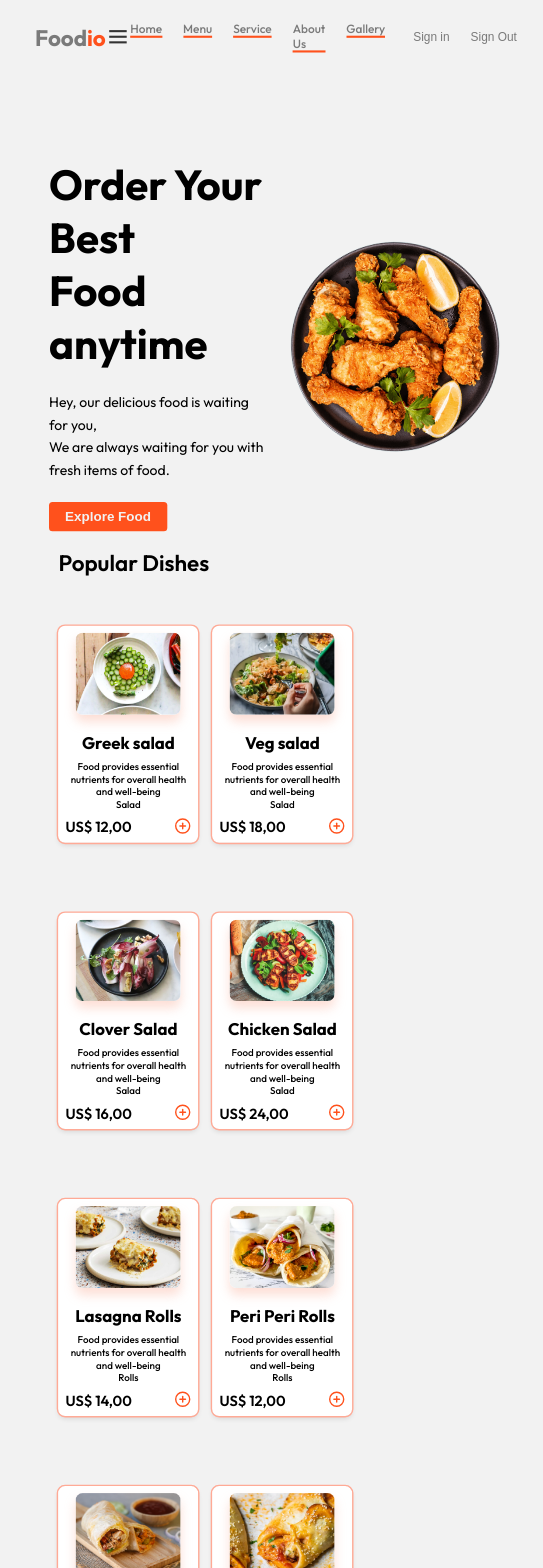
Repository: guilhermecardoso93/foodio
Page: /
An editor plug-in stored every save of this project. The page is shown before and after the next save, followed by the edit.
The browser window is 768 px wide. The page is 775 px wide, then 773 px, so the pictures cover 775 px, including what lies to the right of the window. The pictures show the part of the page from y = 0 to 2240 px (the page is 7579 px tall before and 5495 px after), at 70% of full size.
The project was rebuilt for these pictures with package versions that can differ from the ones it lists, and the page was loaded fresh each time. Also part of the build but not shown: vite.config.js, src/index.css.

Above is the page before, as saved 2024-11-05 20:38:06.

### index.html
<!doctype html>
<html lang="en">

<head>
    <meta charset="UTF-8" />
    <link rel="icon" type="image/svg+xml" href="/" />
    <link rel="preconnect" href="https://fonts.googleapis.com">
    <link rel="preconnect" href="https://fonts.gstatic.com" crossorigin>
    <link href="https://fonts.googleapis.com/css2?family=Inter:ital,opsz,wght@0,14..32,100..900;1,14..32,100..900&family=Outfit:wght@100..900&display=swap" rel="stylesheet">
    <meta name="viewport" content="width=device-width, initial-scale=1.0" />
    <title>Foodio</title>
</head>

<body>
    <div id="root"></div>
    <script type="module" src="/src/main.jsx"></script>
</body>

</html>

### src/main.jsx
import { StrictMode } from "react";
import { createRoot } from "react-dom/client";
import { App } from "./App.jsx";

import "./index.css";
createRoot(document.getElementById("root")).render(
  <StrictMode>
    <App />
  </StrictMode>
);

### src/App.jsx
import "./App.css";
import { Main } from "./components/Main";
import { Menu } from "./components/Menu";

export function App() {
  return (
    <>
      <Menu />
      <Main />
    </>
  );
}

### src/App.css
*, ::after, ::before {
  margin: 0;
  padding: 0;
  box-sizing: border-box;
}

body {
  margin: 0 100px;
  background-color: #f2f2f2;
  font-family: "Outfit", serif;
  overflow-x: hidden;
}

::-webkit-scrollbar {
  width: 10px;
}

::-webkit-scrollbar-thumb {
  border-radius: 20px;
  background-color: #ff511c;
}

### src/components/Main/index.jsx
import imagem1 from "../../assets/images/image1.png";
import imagem5 from "../../assets/images/image5.png";
import { food_list } from "../../assets/assets";
import { CardItem } from "../CardItem";

import "./styles.css";

export function Main() {
  return (
    <main>
      <section className="grid">
        <div className="content">
          <div className="content-left">
            <div className="info">
              <h2>
                Order Your Best
                <br />
                Food anytime
              </h2>
              <p>
                Hey, our delicious food is waiting for you, <br /> We are always
                waiting for you with fresh items of food.
              </p>
            </div>
            <button>Explore Food</button>
          </div>
          <div className="content-right">
            <img src={imagem1} alt="" />
            <img src={imagem5} alt="" />
            <img src={imagem1} alt="" />{" "}
          </div>
        </div>
      </section>
      <section className="category">
        <div className="list-items">
          <h3>Popular Dishes</h3>
          <div className="card-list">
            {food_list.map((item, index) => {
              return (
                <CardItem
                  image={item.image}
                  name={item.name}
                  price={item.price}
                  description={item.description}
                  category={item.category}
                  key={index}
                />
              );
            })}
          </div>
        </div>
      </section>
    </main>
  );
}

### src/components/Menu/index.jsx
import "./styles.css";

export function Menu() {
  function toggleMenu() {}

  return (
    <div className="navbar">
      <div className="navbar-logo">
        <h1>
          Food<b>io</b>
        </h1>
      </div>
      <div className="hamburguer" onClick={toggleMenu()}>
        <span className="bar"></span>
        <span className="bar"></span>
        <span className="bar"></span>
      </div>
      <ul className="navbar-link">
        <li className="active">
          <a href="/">Home</a>
        </li>
        <li className="active">
          <a href="/">Menu</a>
        </li>
        <li className="active">
          <a href="/">Service</a>
        </li>
        <li className="active">
          <a href="/">About Us</a>
        </li>
        <li className="active">
          <a href="/">Gallery</a>
        </li>
      </ul>
      <div className="auth-buttons">
        <input type="submit" className="sign" value="Sign in" name="signin" />
        <input type="submit" className="sign" value="Sign Out" name="signout" />
      </div>
    </div>
  );
}

### src/assets/assets.js

import food_1 from './food/food_1.png'
import food_2 from './food/food_2.png'
import food_3 from './food/food_3.png'
import food_4 from './food/food_4.png'
import food_5 from './food/food_5.png'
import food_6 from './food/food_6.png'
import food_7 from './food/food_7.png'
import food_8 from './food/food_8.png'
import food_9 from './food/food_9.png'
import food_10 from './food/food_10.png'
import food_11 from './food/food_11.png'
import food_12 from './food/food_12.png'
import food_13 from './food/food_13.png'
import food_14 from './food/food_14.png'
import food_15 from './food/food_15.png'
import food_16 from './food/food_16.png'
import food_17 from './food/food_17.png'
import food_18 from './food/food_18.png'
import food_19 from './food/food_19.png'
import food_20 from './food/food_20.png'
import food_21 from './food/food_21.png'
import food_22 from './food/food_22.png'
import food_23 from './food/food_23.png'
import food_24 from './food/food_24.png'
import food_25 from './food/food_25.png'
import food_26 from './food/food_26.png'
import food_27 from './food/food_27.png'
import food_28 from './food/food_28.png'
import food_29 from './food/food_29.png'
import food_30 from './food/food_30.png'
import food_31 from './food/food_31.png'
import food_32 from './food/food_32.png'


export const food_list = [
    {
        _id: "1",
        name: "Greek salad",
        image: food_1,
        price: 12,
        description: "Food provides essential nutrients for overall health and well-being",
        category: "Salad"
    },
    {
        _id: "2",
        name: "Veg salad",
        image: food_2,
        price: 18,
        description: "Food provides essential nutrients for overall health and well-being",
        category: "Salad"
    }, {
        _id: "3",
        name: "Clover Salad",
        image: food_3,
        price: 16,
        description: "Food provides essential nutrients for overall health and well-being",
        category: "Salad"
    }, {
        _id: "4",
        name: "Chicken Salad",
        image: food_4,
        price: 24,
        description: "Food provides essential nutrients for overall health and well-being",
        category: "Salad"
    }, {
        _id: "5",
        name: "Lasagna Rolls",
        image: food_5,
        price: 14,
        description: "Food provides essential nutrients for overall health and well-being",
        category: "Rolls"
    }, {
        _id: "6",
        name: "Peri Peri Rolls",
        image: food_6,
        price: 12,
        description: "Food provides essential nutrients for overall health and well-being",
        category: "Rolls"
    }, {
        _id: "7",
        name: "Chicken Rolls",
        image: food_7,
        price: 20,
        description: "Food provides essential nutrients for overall health and well-being",
        category: "Rolls"
    }, {
        _id: "8",
        name: "Veg Rolls",
        image: food_8,
        price: 15,
        description: "Food provides essential nutrients for overall health and well-being",
        category: "Rolls"
    }, {
        _id: "9",
        name: "Ripple Ice Cream",
        image: food_9,
        price: 14,
        description: "Food provides essential nutrients for overall health and well-being",
        category: "Deserts"
    }, {
        _id: "10",
        name: "Fruit Ice Cream",
        image: food_10,
        price: 22,
        description: "Food provides essential nutrients for overall health and well-being",
        category: "Deserts"
    }, {
        _id: "11",
        name: "Jar Ice Cream",
        image: food_11,
        price: 10,
        description: "Food provides essential nutrients for overall health and well-being",
        category: "Deserts"
    }, {
        _id: "12",
        name: "Vanilla Ice Cream",
        image: food_12,
        price: 12,
        description: "Food provides essential nutrients for overall health and well-being",
        category: "Deserts"
    },
    {
        _id: "13",
        name: "Chicken Sandwich",
        image: food_13,
        price: 12,
        description: "Food provides essential nutrients for overall health and well-being",
        category: "Sandwich"
    },
    {
        _id: "14",
        name: "Vegan Sandwich",
        image: food_14,
        price: 18,
        description: "Food provides essential nutrients for overall health and well-being",
        category: "Sandwich"
    }, {
        _id: "15",
        name: "Grilled Sandwich",
        image: food_15,
        price: 16,
        description: "Food provides essential nutrients for overall health and well-being",
        category: "Sandwich"
    }, {
        _id: "16",
        name: "Bread Sandwich",
        image: food_16,
        price: 24,
        description: "Food provides essential nutrients for overall health and well-being",
        category: "Sandwich"
    }, {
        _id: "17",
        name: "Cup Cake",
        image: food_17,
        price: 14,
        description: "Food provides essential nutrients for overall health and well-being",
        category: "Cake"
    }, {
        _id: "18",
        name: "Vegan Cake",
        image: food_18,
        price: 12,
        description: "Food provides essential nutrients for overall health and well-being",
        category: "Cake"
    }, {
        _id: "19",
        name: "Butterscotch Cake",
        image: food_19,
        price: 20,
        description: "Food provides essential nutrients for overall health and well-being",
        category: "Cake"
    }, {
        _id: "20",
        name: "Sliced Cake",
        image: food_20,
        price: 15,
        description: "Food provides essential nutrients for overall health and well-being",
        category: "Cake"
    }, {
        _id: "21",
        name: "Garlic Mushroom ",
        image: food_21,
        price: 14,
        description: "Food provides essential nutrients for overall health and well-being",
        category: "Pure Veg"
    }, {
        _id: "22",
        name: "Fried Cauliflower",
        image: food_22,
        price: 22,
        description: "Food provides essential nutrients for overall health and well-being",
        category: "Pure Veg"
    }, {
        _id: "23",
        name: "Mix Veg Pulao",
        image: food_23,
        price: 10,
        description: "Food provides essential nutrients for overall health and well-being",
        category: "Pure Veg"
    }, {
        _id: "24",
        name: "Rice Zucchini",
        image: food_24,
        price: 12,
        description: "Food provides essential nutrients for overall health and well-being",
        category: "Pure Veg"
    },
    {
        _id: "25",
        name: "Cheese Pasta",
        image: food_25,
        price: 12,
        description: "Food provides essential nutrients for overall health and well-being",
        category: "Pasta"
    },
    {
        _id: "26",
        name: "Tomato Pasta",
        image: food_26,
        price: 18,
        description: "Food provides essential nutrients for overall health and well-being",
        category: "Pasta"
    }, {
        _id: "27",
        name: "Creamy Pasta",
        image: food_27,
        price: 16,
        description: "Food provides essential nutrients for overall health and well-being",
        category: "Pasta"
    }, {
        _id: "28",
        name: "Chicken Pasta",
        image: food_28,
        price: 24,
        description: "Food provides essential nutrients for overall health and well-being",
        category: "Pasta"
    }, {
        _id: "29",
        name: "Buttter Noodles",
        image: food_29,
        price: 14,
        description: "Food provides essential nutrients for overall health and well-being",
        category: "Noodles"
    }, {
        _id: "30",
        name: "Veg Noodles",
        image: food_30,
        price: 12,
        description: "Food provides essential nutrients for overall health and well-being",
        category: "Noodles"
    }, {
        _id: "31",
        name: "Somen Noodles",
        image: food_31,
        price: 20,
        description: "Food provides essential nutrients for overall health and well-being",
        category: "Noodles"
    }, {
        _id: "32",
        name: "Cooked Noodles",
        image: food_32,
        price: 15,
        description: "Food provides essential nutrients for overall health and well-being",
        category: "Noodles"
    }
]

### src/components/CardItem/index.jsx
import { PlusCircle, PlusCircleIcon } from "lucide-react";
import "./styles.css";

export function CardItem({ image, name, price, description, category }) {
  function formatarPreco(valor) {
    return new Intl.NumberFormat("pt-BR", {
      style: "currency",
      currency: "USD",
    }).format(valor);
  }

  return (
    <div className="card">
      <img src={image} alt="" />
      <div className="title">
        <h1>{name}</h1>
      </div>
      <div className="desc-food">
        <p>{description}</p>
        <p>{category}</p>
      </div>
      <div className="price">
        <span>{formatarPreco(price)}</span>
        <PlusCircle color="#ff511c" className="plus-icon" />
      </div>
    </div>
  );
}

### src/components/Main/styles.css
.content {
  display: grid;
  grid-template-columns: 50% auto;
  margin-top: 100px;
  gap: 30px;
  align-items: center;
  justify-content: space-between;
  width: 100%;
}

.content-left {
  display: block;
  width: 100%;
}

.content-left .info {
  max-width: 100%;
  display: flex;
  flex-direction: column;
}

.content-left .info h2 {
  font-size: 60px;
  margin-bottom: 30px;
}

.content-left .info p {
  font-size: 20px;
  line-height: 2pc;
  margin-bottom: 30px;
}

.content-left button {
  padding: 10px 23px;
  background-color: #ff511c;
  color: #f2f2f2;
  border-radius: 5px;
  border: none;
  cursor: pointer;
  font-weight: 600;
  font-size: 1.2rem;
  margin-bottom: 5px;
}

.content-left button:hover {
  color: #ff511c;
  background-color: #f2f2f2;
  border: solid 2px #ff511c;
  padding: 8px 21px;
}

.grid {
  width: 100%;
  max-width: 1200px;
  margin: 0 auto;
  padding: 20px;
  justify-content: center;
  align-items: center;
}

.content-right {
  position: relative;
  height: 400px;
  width: 400px;
  display: flex;
  justify-content: center;
  align-items: center;
}

.content-right img {
  position: absolute;
  width: 100%;
  height: 100%;
  object-fit: cover;
  opacity: 0;
  animation: imageSwitch 15s infinite, rotate 3s linear infinite;
  transform-origin: center center;
}

.content-right img:nth-child(1) {
  animation-delay: 0s;
}

.content-right img:nth-child(2) {
  animation-delay: 5s;
}

.content-right img:nth-child(3) {
  animation-delay: 10s;
}

@keyframes rotate {
  from {
    transform: rotate(0deg);
  }

  to {
    transform: rotate(360deg);
  }
}

@keyframes imageSwitch {
  0%, 33% {
    opacity: 1;
  }

  34%, 100% {
    opacity: 0;
  }
}

.category {
  width: 100%;
  display: flex;
  margin-bottom: 50px;
  justify-content: center;
}

.category .list-items {
  width: 90%;
  position: relative;
  position: relative;
}

.category .list-items h3 {
  font-size: 2rem;
  font-weight: 600;
  margin-bottom: 70px;
}

.category .list-items .card-list {
  display: flex;
  flex-wrap: wrap;
  gap: 12px;
}

### src/components/Menu/styles.css
.navbar {
  width: 100%;
  display: flex;
  justify-content: space-between;
  align-items: center;
  padding: 30px 0;
}

.navbar-logo {
  font-weight: 600;
  color: rgb(122, 122, 122);
}

.navbar-logo b {
  color: #ff511c;
}

.navbar-link {
  display: flex;
  list-style: none;
}

.navbar-link li {
  margin-right: 30px;
}

.navbar-link li a {
  text-decoration: none;
  color: rgb(122, 122, 122);
  font-weight: 500;
  font-size: 17px;
}

.navbar-link li a:hover {
  color: #ff511c;
}

.navbar-link .active::after {
  content: "";
  width: 100%;
  height: 3px;
  background-color: #ff511c;
  display: flex;
  position: relative;
  margin-top: 3x;
}

.auth-buttons {
  display: flex;
  align-items: center;
  gap: 10px;
}

input {
  padding: 10px;
  cursor: pointer;
  font-weight: 600;
}

.sign {
  background: transparent;
  border: none;
  color: rgb(122, 122, 122);
  font-weight: 500;
  font-size: 17px;
  text-decoration: none;
}

.sign:hover {
  background-color: #ff511c;
  border-radius: 10px;
  color: black;
}

.hamburguer {
  /*display: none;*/
  cursor: pointer;
}

.hamburguer .bar {
  display: block;
  width: 25px;
  height: 3px;
  margin: 5px;
  background-color: #333;
  transition: 0.3s;
}

@media screen and (max-width: 1024px) {
  body {
    margin: 0 50px;
  }

  .content-right {
    width: 300px;
    height: 300px;
  }
}

@media screen and (max-width: 968px) {
  .category .list-items .card-list {
    gap: 100px 20px;
  }
}

@media screen and (max-width: 768px) {

}

### src/components/CardItem/styles.css
.card {
  width: 200px;
  min-height: 250px;
  /* Define uma altura mínima para o cartão */
  display: flex;
  flex-direction: column;
  align-items: center;
  padding: 10px;
  border-radius: 10px;
  position: relative;
  background-color: #ffffff;
  outline: 2px solid #ffaa96;
  box-shadow: 0 4px 8px rgba(0, 0, 0, 0.1);
}

.card img {
  width: 100%;
  max-width: 150px;
  height: auto;
  border-radius: 10px;
  object-fit: cover;
  object-position: center;
  background-repeat: no-repeat;
  box-shadow: 0 10px 15px rgba(250, 173, 150, 0.4);
  /* Ajusta a sombra */
  margin-bottom: 15px;
  /* Espaço entre a imagem e o conteúdo abaixo */
}

.card .title {
  padding: 10px 0 10px;
}

.card .title h1 {
  text-align: center;
  font-weight: bold;
  font-size: 1.5rem;
}

.desc-food p {
  font-size: 14px;
  text-align: center;
  font-weight: 500;
}

.price {
  display: flex;
  margin-top: 10px;
  justify-content: space-between;
  width: 100%;
  font-weight: 600;
  font-size: 1.3rem;
}

.price .plus-icon {
  cursor: pointer;
}

.card-content {
  text-align: center;
  /* Centraliza o conteúdo */
  padding: 5px;
}

After the next save:
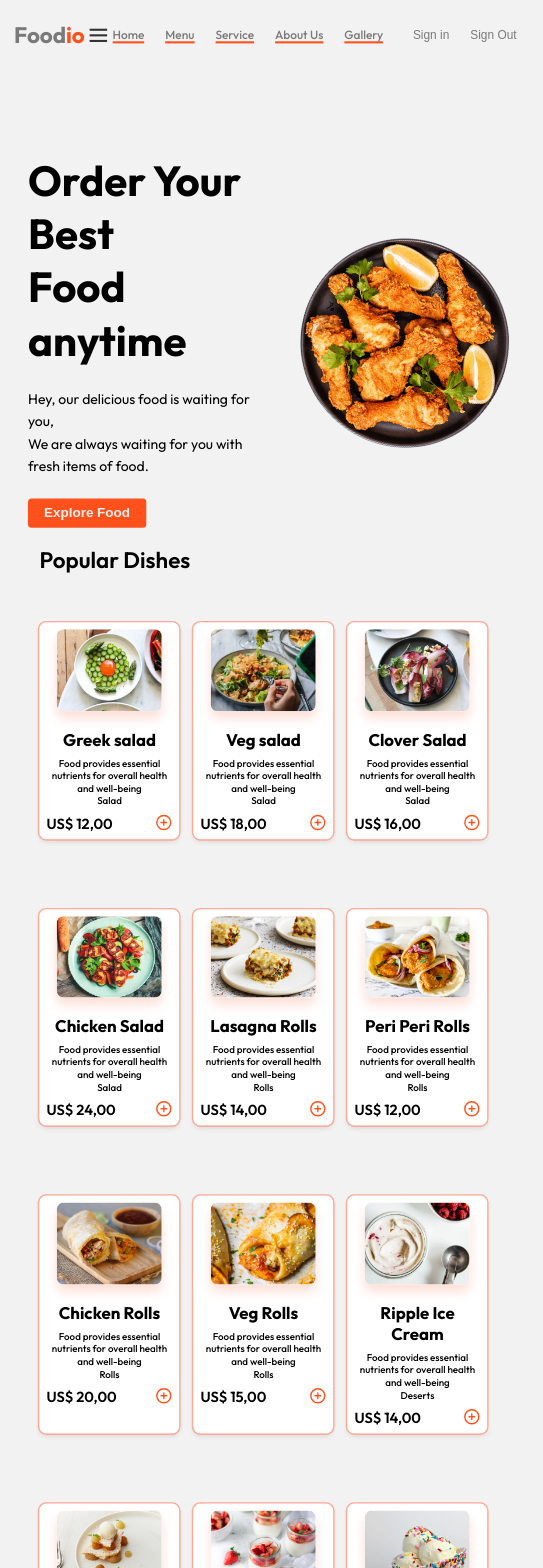
Saved 15 s later.
--- a/src/components/Menu/styles.css
+++ b/src/components/Menu/styles.css
@@ -104,5 +104,7 @@ input {
 }
 
 @media screen and (max-width: 768px) {
-
+  body {
+    margin: 0 20px;
+  }
 }
